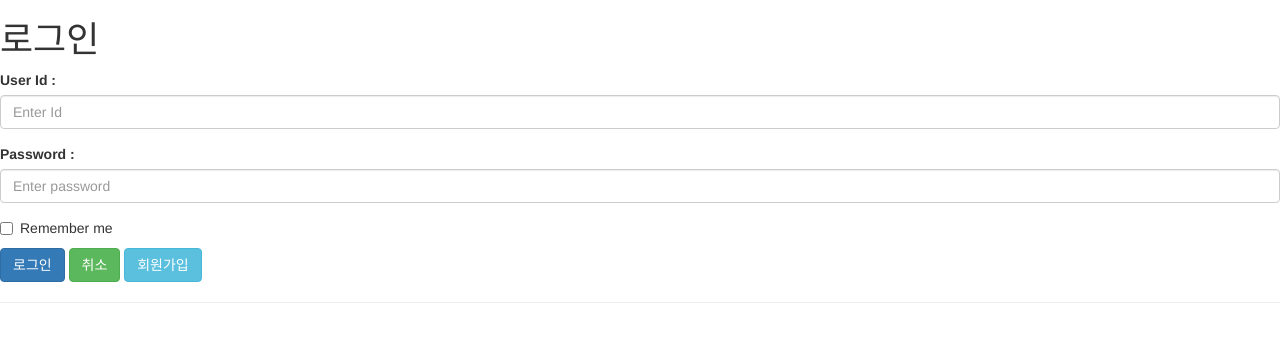
Repository: yjeongyjeong/jsp
Page: http://localhost/web-study-09-re/member/main.jsp
These files come from the project's save history. The page is drawn as it stood at one moment and after the next save; the edit follows.
The browser window is 1280 px wide. The pictures show the whole page.
The page is served by Tomcat 9.

Above is the page before, as saved 2023-10-16 05:48:11.

After the next save:
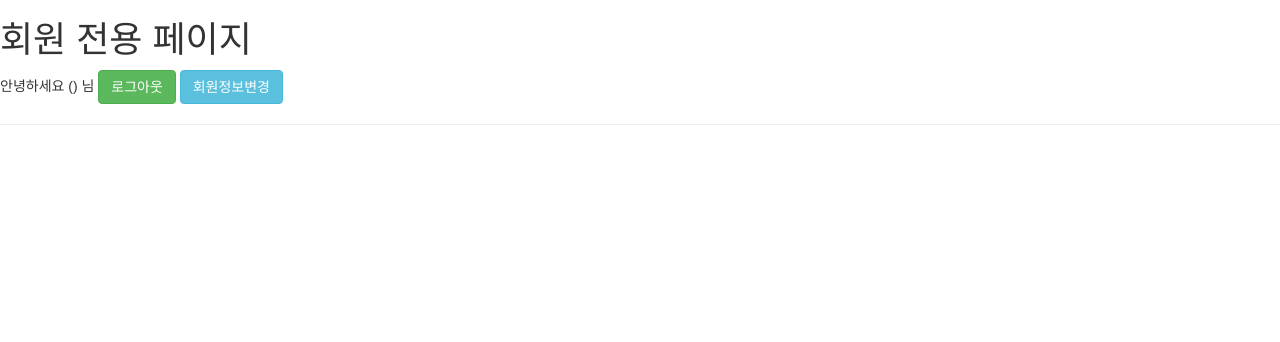
Saved 84 s later.
--- a/web-study-09-re/src/main/webapp/member/main.jsp
+++ b/web-study-09-re/src/main/webapp/member/main.jsp
@@ -22,25 +22,13 @@
 <title>Insert title here</title>
 </head>
 <body>
-	<h1>로그인</h1>
-	<form action="login.do" method="post" name="frm"><!-- 서블릿으로 보냄 폼태그?컨텍스트패스?쿼리스트링?은 login.do가 되고 서블릿에서 post로 받도록 함 name도 지정함(js)에서 사용-->
-		<div class="form-group">
-			<label for="userid">User Id :</label> <input type="text"
-				class="form-control" id="userid" placeholder="Enter Id"
-				name="userid">
-		</div>
-		<div class="form-group">
-			<label for="pwd">Password : </label> <input type="password"
-				class="form-control" id="pwd" placeholder="Enter password"
-				name="pwd">
-		</div>
-		<div class="checkbox">
-			<label><input type="checkbox" name="remember">
-				Remember me</label>
-		</div>
-		<button type="submit" class="btn btn-primary" onclick="return loginCheck()">로그인</button> <!-- 클릭 시 loginCheck()라는 js파일이 실행되도록 함 : 로그인 함수?메서드? -->
-		<button type="reset" class="btn btn-success">취소</button>
-		<button type="button" class="btn btn-info" onclick="location.href='join.do'">회원가입</button><!-- 클릭 시 join.do로 가도록 함 -->
+	<h1>회원 전용 페이지</h1>
+	<form action="login.do" method="post" name="frm">
+
+
+		안녕하세요 ${loginUser.name}(${loginUser.name}) 님
+		<button type="reset" class="btn btn-success">로그아웃</button>
+		<button type="button" class="btn btn-info" onclick="location.href='join.do'">회원정보변경</button><!-- 클릭 시 join.do로 가도록 함 -->
 		<hr>
 		<h3 style="color: red;">${message}</h3>
 
